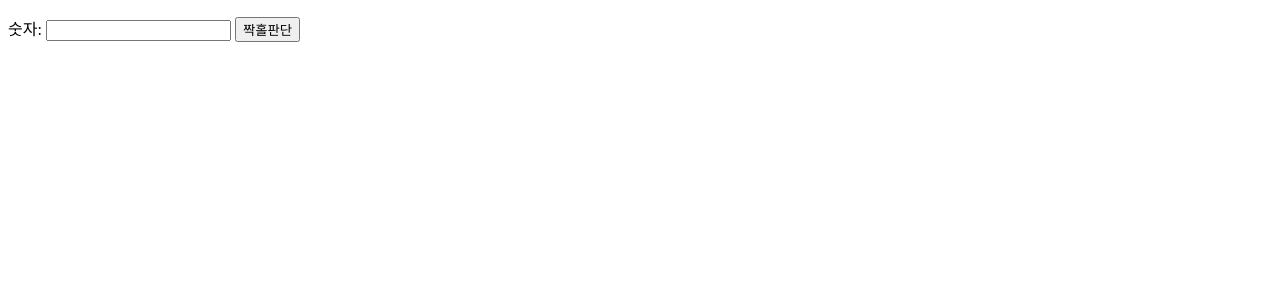
Repository: potatoy1/learning-jsp
Page: http://localhost/JSPBook/ch03/jstl.jsp
An editor plug-in stored every save of this project. The page is shown before and after the next save, followed by the edit.
The browser window is 1280 px wide. The pictures show the whole page.
The page is served by Tomcat 9. Other server files are loaded and not shown.

Above is the page before, as saved 2022-09-27 08:18:17.

### JSPBook/WebContent/ch03/jstl.jsp
<%@ page contentType="text/html; charset=UTF-8"%>
<%@ taglib prefix="c" uri="http://java.sun.com/jsp/jstl/core" %>
<!DOCTYPE html>
<html>
<head>
<title>JSTL연습</title>
</head>
<body>
<%--
JSTL? Jsp Standard Tag Library
	-jsp 페이지에서 스크립트 요소로 인해 생기는 코드의 복잡함을 해결하기 위한 일종의 사용자 정의 태그 표준.
	-jsp 페이지의 로직을 담당하는 부분인 if, for, while, DB처리 등과 관련된 코드를
	JSTL로 대체하여 코드를 깔끔하고 가독성 좋게 할 수 있음.
	1) Core 태그(*******)
		- 변수 선언, 삭제 등 변수와 관련된 작업
		- if문, for 문과 같은 제어 기능
		- URL 처리로 페이지 이동
	2) Formatting 태그
		- 숫자/날짜/시간 등을 형식화하는 기능
	3) sql
		- 안씀
	4) Function 태그
		- 문자열을 처리하는 함수 제공. 문자열 추출. 문자열 길이 구하기
 --%>
 	<!--
 		action 속성 생략 시 현재 URL로 요청
 		method 속성 생략 시 기본은 get 방식
 		http://localhost/ch03/jstl.jsp?num=5
 		- http://localhost/ch03/jstl.jsp : URL
 		- ?num=5 : Query String / Http 파라미터
 		- num이라는 name에 5라는 value가 있다.
 	-->
 	<form>
 		<p>숫자: <input type="text" name="num" />
 		<button type="submit">짝홀판단</button>
 	</form>
 	<%	// 스크립틀릿
 		String num = request.getParameter("num");
 	%>
 	<!-- 아스가르드에 있던 해임달이 지구의 해임달로 온다 -->
 	<!-- JSP의 			   num이 	JSTL의  num으로 온다 -->
 	<c:set var="num" value="<%=num%>" />
	<p>${num}</p>
	<c:set var="num2" value="${param.num}" />
	<p>${num2}</p>
	<!-- c:choose문을 사용하여 짝수와 홀수를 판단해보자
		1) 짝수일 경우 : 5는 짝수입니다
		2) 홀수일 경우 : 5는 홀수입니다.
		3) 그 이외의 경우 : 잘못된 입력이에유
	-->

<script type="text/javascript">
	let num3 = "${param.num}"
	console.log("num3: " + num3);
</script>
</body>
</html>

After the next save:
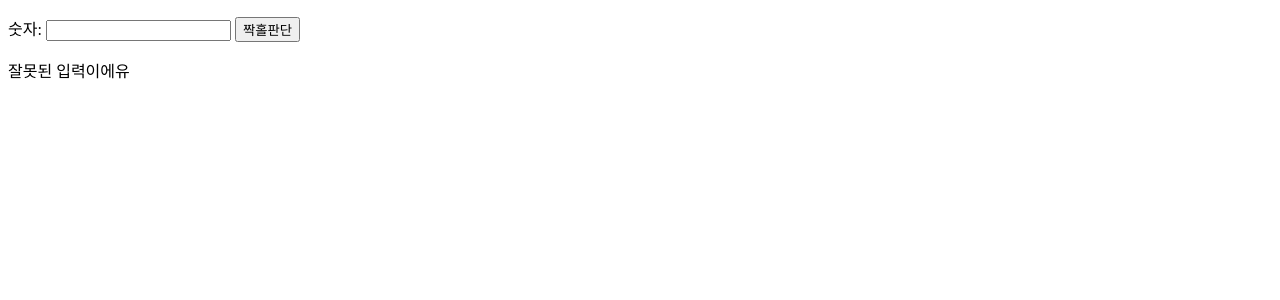
Saved 2 min 20 s later.
--- a/JSPBook/WebContent/ch03/jstl.jsp
+++ b/JSPBook/WebContent/ch03/jstl.jsp
@@ -48,7 +48,12 @@ JSTL? Jsp Standard Tag Library
 		2) 홀수일 경우 : 5는 홀수입니다.
 		3) 그 이외의 경우 : 잘못된 입력이에유
 	-->
-
+	<c:set var = "num"></c:set>
+	<c:choose>
+		<c:when test="num % 2 == 0">짝수</c:when>
+		<c:when test="num % 2 != 0">홀수</c:when>
+		<c:otherwise>잘못된 입력이에유</c:otherwise>
+	</c:choose>
 <script type="text/javascript">
 	let num3 = "${param.num}"
 	console.log("num3: " + num3);
